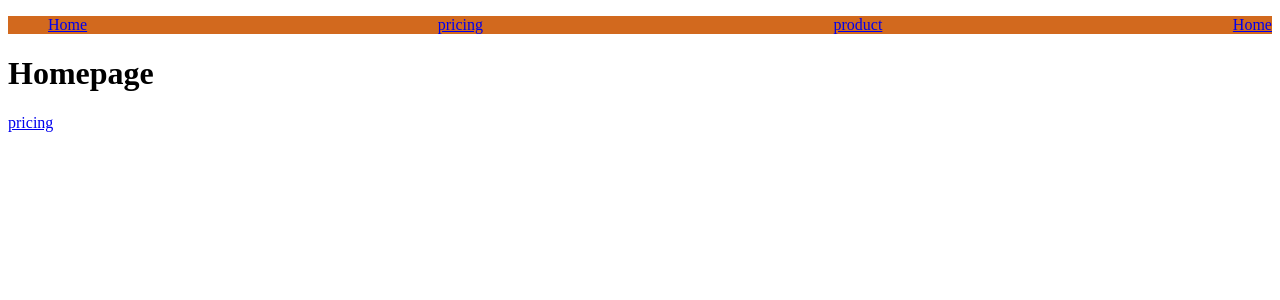
Repository: ayakhaled0001/worldwise
Page: /
The author's editor kept a copy of each file at every save. The page is drawn from the files as they stood at one save, then again after the next save.
The browser window is 1280 px wide. The pictures show the whole page.
The project was rebuilt for these pictures with package versions that can differ from the ones it lists, and the page was loaded fresh each time. Also part of the build but not shown: vite.config.js, src/pages/Product.jsx, src/pages/Pricing.jsx, src/pages/PageNotFound.jsx. Imported but missing from the stored project, and not drawn on this page: src/layouts/AppLayout.

Above is the page before, as saved 2025-01-29 20:47:56.

### src/App.jsx
import { BrowserRouter, Route, Routes } from "react-router-dom";
import Product from "./pages/Product";
import Homepage from "./pages/Homepage";
import Pricing from "./pages/Pricing";
import PageNotFound from "./pages/PageNotFound";
import AppLayout from "./layouts/AppLayout";
function App() {
  return (
    <BrowserRouter>
      <Routes>
        <Route path="/" element={<Homepage />} />
        <Route path="pricing" element={<Pricing />} />
        <Route path="product" element={<Product />} />
        <Route path="app" element={<AppLayout />} />
        <Route path="*" element={<PageNotFound />} />
      </Routes>
    </BrowserRouter>
  );
}

export default App;

### src/pages/Homepage.jsx
import { Link } from "react-router-dom";
import PageNav from "../components/PageNav";

function Homepage() {
  return (
    <div>
      <PageNav />
      <h1>Homepage</h1>
      <Link to="/pricing">pricing</Link>
    </div>
  );
}

export default Homepage;

### src/components/PageNav.jsx
import { NavLink } from "react-router-dom";
import styles from "./PageNav.module.css";
function PageNav() {
  return (
    <nav className={styles.nav}>
      <ul className={styles.ul}>
        <li>
          <NavLink to="/">Home</NavLink>
        </li>
        <li>
          <NavLink to="/pricing">pricing</NavLink>
        </li>
        <li>
          <NavLink to="/product">product</NavLink>
        </li>
        <li>
          <NavLink to="/">Home</NavLink>
        </li>
      </ul>
    </nav>
  );
}

export default PageNav;

### src/components/PageNav.module.css
.nav {
  background-color: chocolate;
}

.ul {
  list-style: none;
  display: flex;
  justify-content: space-between;
}

Loaded but not shown: index.html (common file); src/main.jsx (common file)

After the next save:
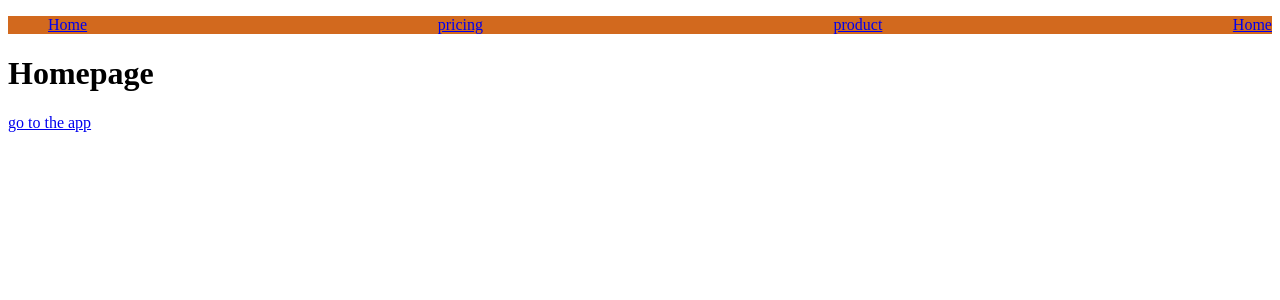
Saved 102 s later.
--- a/src/pages/Homepage.jsx
+++ b/src/pages/Homepage.jsx
@@ -6,7 +6,7 @@ function Homepage() {
     <div>
       <PageNav />
       <h1>Homepage</h1>
-      <Link to="/pricing">pricing</Link>
+      <Link to="/app">go to the app</Link>
     </div>
   );
 }
